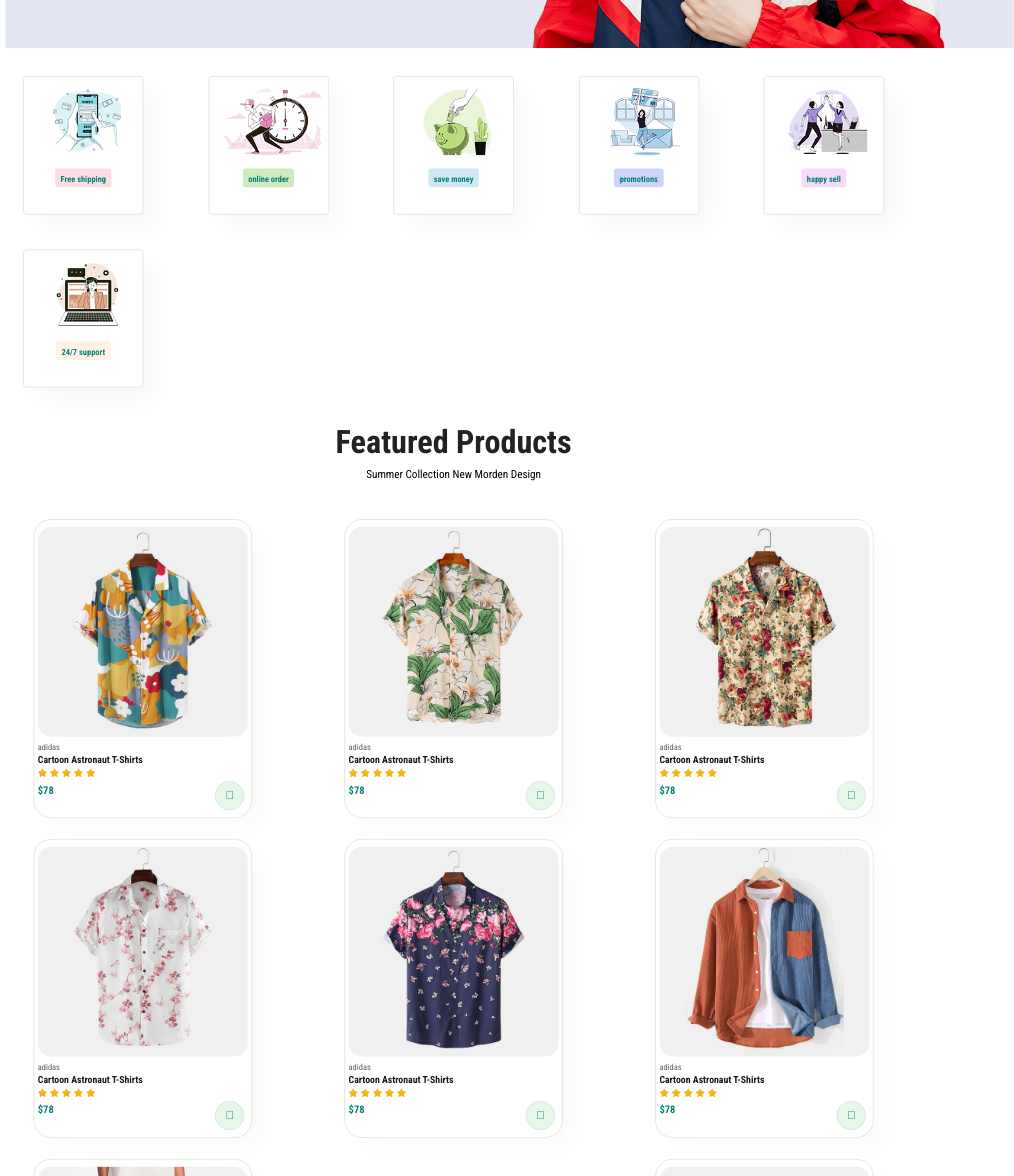
Repository: nhutduy-1905/web_coban
Page: src/index/index.html
The author's editor kept a copy of each file at every save. The page is drawn from the files as they stood at one save, then again after the next save.
The browser window is 1280 px wide. The page is 1448 px wide, so the pictures cover 1448 px, including what lies to the right of the window. The pictures show the part of the page from y = 672 to 2352 px (the page is 3771 px tall before and 3777 px after), at 70% of full size.

Above is the page before, as saved 2024-11-19 21:41:22.

### src/index/index.html
<!DOCTYPE html>
<html lang="en">
<!-- Khai báo định dạng tài liệu HTML và ngôn ngữ là tiếng Anh -->

<head>
    <meta charset="UTF-8">
    <!-- Thiết lập bộ ký tự của trang là UTF-8 -->
    <meta name="viewport" content="width=device-width, initial-scale=1.0">
    <!-- Điều chỉnh để trang hiển thị tốt trên mọi thiết bị, đặc biệt là thiết bị di động -->
    <link rel="stylesheet" href="../benefit/benefit.css">
    <link rel="stylesheet" href="../index/main.css">
    <link rel="stylesheet" href="../product/product.css">
    <link rel="stylesheet" href="../product/item.css">
    <link rel="preconnect" href="https://fonts.googleapis.com">
    <link rel="preconnect" href="https://fonts.gstatic.com" crossorigin>
     <!-- link sao -->
    <link rel="preconnect" href="https://fonts.googleapis.com">
<link rel="preconnect" href="https://fonts.gstatic.com" crossorigin>
<link href="https://fonts.googleapis.com/css2?family=Roboto+Condensed:ital,wght@0,100..900;1,100..900&family=Roboto:ital,wght@0,100;0,300;0,400;0,500;0,700;0,900;1,100;1,300;1,400;1,500;1,700;1,900&display=swap" rel="stylesheet">
     <link rel="stylesheet" href="product.css">
     <!-- link giỏ hàng -->
     <link rel="stylesheet" href="https://pro.fontawesome.com/releases/v5.15.4/css/all.css">
    <title>Super Value Deals</title>
    <!-- Tiêu đề của trang web hiển thị trên tab của trình duyệt -->
</head>

<body>

    <section id="header">
        <a href="#"><img src="../../images/logo.png" class="logo" alt="Logo"></a>
        <div>
            <div id="nvbar">
                <div class="active">Home</div>
                <div>Shop</div>
                <div>Blog</div>
                <div>About</div>
                <div>Contact</div>
                <div>
                    <img src = "../../shopping-bag.png" alt = "Logo" style="width: 25px";>
                </div>
            </div>
        </div>
    </section>
    <Section id ="hero">
        <h4>Trade-in-offer</h4>
        <h2>Super value deals</h2>
        <h1>On all Products</h1>
        <p>save more with coupons & up to 70% off!</p>
        <button>Shop now</button>
    </Section>


    <section id ="featured">
        <div class = "fe-box">
            <img  class = "magic-1"src = "../../images/features/f1.png" alt ="">
            <h6>Free shipping</h6>
        </div>
        <div class = "fe-box">
            <img src = "../../images/features/f2.png" alt ="">
            <h6>online order</h6>
        </div>
        <div class = "fe-box">
            <img src = "../../images/features/f3.png" alt ="">
            <h6>save money</h6>
        </div>
        <div class = "fe-box">
            <img src = "../../images/features/f4.png" alt ="">
            <h6>promotions</h6>
        </div>
        <div class = "fe-box">
            <img src = "../../images/features/f5.png" alt ="">
            <h6>happy sell</h6>
        </div>
        <div class = "fe-box">
            <img  class = "magic-2" src = "../../images/features/f6.png" alt ="">
            <h6>24/7 support</h6>
        </div>
    </section>

    <section id ="product1" class = "section-p1">
        <h2>Featured Products</h2>
        <p>Summer Collection New Morden Design</p>
        <div class ="pro-container">
            <div class ="pro">
                <img src ="../../images/products/f1.jpg" alt ="">
                <div class ="des">
                    <span>adidas</span>
                    <h5> Cartoon Astronaut T-Shirts</h5>
                    <div class ="star">
                        <i class="fas fa-star"></i>
                        <i class="fas fa-star"></i>
                        <i class="fas fa-star"></i>
                        <i class="fas fa-star"></i>
                        <i class="fas fa-star"></i>
                    </div>
                    <h4>$78</h4>
                </div>
                   <a href ="#"><i class="fal fa-shopping-cart cart"></i></a>
            </div>
            <div class ="pro">
                <img src ="../../images/products/f2.jpg" alt ="">
                <div class ="des">
                    <span>adidas</span>
                    <h5> Cartoon Astronaut T-Shirts</h5>
                    <div class ="star">
                        <i class="fas fa-star"></i>
                        <i class="fas fa-star"></i>
                        <i class="fas fa-star"></i>
                        <i class="fas fa-star"></i>
                        <i class="fas fa-star"></i>
                    </div>
                    <h4>$78</h4>
                </div>
                   <a href ="#"><i class="fal fa-shopping-cart cart"></i></a>
            </div>
            <div class ="pro">
                <img src ="../../images/products/f3.jpg" alt ="">
                <div class ="des">
                    <span>adidas</span>
                    <h5> Cartoon Astronaut T-Shirts</h5>
                    <div class ="star">
                        <i class="fas fa-star"></i>
                        <i class="fas fa-star"></i>
                        <i class="fas fa-star"></i>
                        <i class="fas fa-star"></i>
                        <i class="fas fa-star"></i>
                    </div>
                    <h4>$78</h4>
                </div>
                   <a href ="#"><i class="fal fa-shopping-cart cart"></i></a>
            </div>
            <div class ="pro">
                <img src ="../../images/products/f4.jpg" alt ="">
                <div class ="des">
                    <span>adidas</span>
                    <h5> Cartoon Astronaut T-Shirts</h5>
                    <div class ="star">
                        <i class="fas fa-star"></i>
                        <i class="fas fa-star"></i>
                        <i class="fas fa-star"></i>
                        <i class="fas fa-star"></i>
                        <i class="fas fa-star"></i>
                    </div>
                    <h4>$78</h4>
                </div>
                   <a href ="#"><i class="fal fa-shopping-cart cart"></i></a>
            </div>
            <div class ="pro">
                <img src ="../../images/products/f5.jpg" alt ="">
                <div class ="des">
                    <span>adidas</span>
                    <h5> Cartoon Astronaut T-Shirts</h5>
                    <div class ="star">
                        <i class="fas fa-star"></i>
                        <i class="fas fa-star"></i>
                        <i class="fas fa-star"></i>
                        <i class="fas fa-star"></i>
                        <i class="fas fa-star"></i>
                    </div>
                    <h4>$78</h4>
                </div>
                   <a href ="#"><i class="fal fa-shopping-cart cart"></i></a>
            </div>
            <div class ="pro">
                <img src ="../../images/products/f6.jpg" alt ="">
                <div class ="des">
                    <span>adidas</span>
                    <h5> Cartoon Astronaut T-Shirts</h5>
                    <div class ="star">
                        <i class="fas fa-star"></i>
                        <i class="fas fa-star"></i>
                        <i class="fas fa-star"></i>
                        <i class="fas fa-star"></i>
                        <i class="fas fa-star"></i>
                    </div>
                    <h4>$78</h4>
                </div>
                   <a href ="#"><i class="fal fa-shopping-cart cart"></i></a>
            </div>
            <div class ="pro">
                <img src ="../../images/products/f7.jpg" alt ="">
                <div class ="des">
                    <span>adidas</span>
                    <h5> Cartoon Astronaut T-Shirts</h5>
                    <div class ="star">
                        <i class="fas fa-star"></i>
                        <i class="fas fa-star"></i>
                        <i class="fas fa-star"></i>
                        <i class="fas fa-star"></i>
                        <i class="fas fa-star"></i>
                    </div>
                    <h4>$78</h4>
                </div>
                   <a href ="#"><i class="fal fa-shopping-cart cart"></i></a>
            </div>
            <div class ="pro">
                <img src ="../../images/products/f8.jpg" alt ="">
                <div class ="des">
                    <span>adidas</span>
                    <h5> Cartoon Astronaut T-Shirts</h5>
                    <div class ="star">
                        <i class="fas fa-star"></i>
                        <i class="fas fa-star"></i>
                        <i class="fas fa-star"></i>
                        <i class="fas fa-star"></i>
                        <i class="fas fa-star"></i>
                    </div>
                    <h4>$78</h4>
                </div>
                   <a href ="#"><i class="fal fa-shopping-cart cart"></i></a>
            </div>
        </div>

    </section>

    <section id = "banner3">
        <div class = "banner-box">
            <h2>SEASONAL SALE </h2>
            <h3>Winter Collection -50% OFF</h3>
        </div>
        <div class = "banner-box banner-box2">
            <h2>NEW FOOTWEAR COLLECTION </h2>
            <h3>Spring/Summer 2024</h3>
        </div>
        <div class = "banner-box banner-box3">
            <h2>T-SHIRTS</h2>
            <h3>New Trendy Prints</h3>
        </div>
     </section>
     <section id = "newsletter">
        <div class = "newtest">
            <h4>Sign Up For Newsletters</h4>
            <p>Get E-mail upadtes about us latest shop and <span>special offers.</span></p>
        </div>
        <div class = "form">
            <input type= "text" placeholder ="Your email address">
            <button class = "normal">Sign Up</button>
        </div>
     </section>

     <footer class ="section-p1">
        <div class = "col">
            <img  class = "logo" src = "../../images/logo.png" alt ="">
            <h4>Contact</h4>
            <p><strong><i>Address:</strong>Wellington Road,Street 32,San Fancisco</i></p>
            <p><strong><i>Phone: </strong>Wellington Road,Street 32,San Fancisco</i></p>
            <p><strong><i>Hours: </strong>10:00-18:00.Mon-Sat</i></p>
            <div class ="follow us">
                <h4>Follow us</h4>
                <div class = "icon">
                    <i class="fab fa-facebook-f"></i>
                    <i class="fab fa-twitter"></i>
                    <i class="fab fa-instagram"></i>
                    <i class="fab fa-pinterest-p"></i>
                    <i class="fab fa-youtube"></i>
                </div>
            </div>
        </div>

        <div class = "col">
            <h4>About</h4>
            <a href = "#">About us</a>
            <a href = "#">Delivery Information</a>
            <a href = "#">Privacy Policy</a>
            <a href = "#">Terms & Conditions</a>
            <a href = "#">Contact Us</a>
        </div>

        <div class = "col">
            <h4>My Account</h4>
            <a href = "#">Sign In</a>
            <a href = "#">View Cart</a>
            <a href = "#">My Wishlist</a>
            <a href = "#">Track My Order</a>
            <a href = "#">Help</a>
        </div>

        <div class = "col install">
            <h4 class = "col1">Install App</h4>
            <p class = "col2">From App store or Google Play</p>
            <div class ="row">
                <img src = "../../images/pay/app.jpg" alt ="">
                <img src = "../../images/pay/play.jpg" alt = "">
            </div>
            <p>Secured Payment Gateways</p>
            <img src = "../../images/pay/pay.png" alt ="">
        </div>
     </footer>

</body>
</html>

### src/benefit/benefit.css
#featured {
    display: flex;
     /* Tạo container flexbox để sắp xếp các phần tử con */
    align-items: center;
    /* Căn giữa các phần tử con theo chiều dọc (trục y) */
    justify-content: space-between;
    /* Phân phối các phần tử con cách đều nhau theo chiều ngang (trục x) */
    flex-wrap: wrap;
    /* Cho phép các phần tử con xuống dòng khi không đủ không gian */
 }

 #featured .fe-box {
    width: 140px;
    /* Đặt chiều rộng cho mỗi hộp là 120px */
    text-align: center;
    /* Căn giữa nội dung văn bản trong mỗi hộp */
     padding:   10px 15px;
     /* Khoảng đệm bên trong mỗi hộp (15px trên dưới, 10px trái phải) */
    box-shadow: 20px 20px 34px rgba(0, 0, 0, 0.03);
     /* Tạo bóng cho hộp với độ mờ nhẹ */
    border: 1px solid #cce7d0;
    /* Tạo viền màu xanh nhạt cho mỗi hộp */
    border-radius: 5px;
    /* Bo tròn góc của hộp với bán kính 4px */
     margin: 10px;
    /* Tạo khoảng cách ngoài cho mỗi hộp là 15px */
    margin-left:25px;
    margin-top: 40px;
    margin-right: 25px;

 }

 #featured .fe-box:hover {
    box-shadow: 10px 10px 54px rgba(70, 62, 221, 0.1);
    /* Tăng bóng khi di chuột qua hộp */
 }

 #featured .fe-box img {
    width: 100%;
    /* Đặt chiều rộng ảnh bằng 100% của hộp chứa */
    margin-bottom: 10px;
    /* Khoảng cách dưới của ảnh là 10px */
    padding: 5px 5px;
 }

 #featured .fe-box h6 {
   display: inline-block;
     /* Hiển thị tiêu đề h6 dưới dạng khối nội tuyến */
   padding: 9px 8px 6px 8px;
    /* Khoảng đệm bên trong tiêu đề h6 (trên 9px, phải 8px, dưới 6px, trái 8px) */
   line-height: 1;
    /* Chiều cao dòng là 1 */
   border-radius: 4px;
   /* Bo tròn góc của tiêu đề với bán kính 4px */
   color: #088178;
     /* Màu chữ xanh lá cây */
   background-color: #fddde4;
    /* Nền màu hồng nhạt cho tiêu đề */
    margin-top: 0px;

 }

 #featured .fe-box:nth-child(2) h6 {
   background-color: #cdebbc;
   /* Nền màu xanh nhạt cho hộp thứ hai */
 }

 #featured .fe-box:nth-child(3) h6 {
   background-color: #d1e8f2;
    /* Nền màu xanh nhạt cho hộp thứ ba */
 }

 #featured .fe-box:nth-child(4) h6 {
   background-color: #cdd4f8;
   /* Nền màu xanh dương nhạt cho hộp thứ tư */
 }

 #featured .fe-box:nth-child(5) h6 {
   background-color: #f6dbf6;
    /* Nền màu tím nhạt cho hộp thứ năm */
 }

 #featured .fe-box:nth-child(6) h6 {
   background-color: #fff2e5;
   /* Nền màu cam nhạt cho hộp thứ sáu */

 }

### src/index/main.css
h1 {
    font-size: 50px;
    line-height: 64px;
    color: #222;
    margin-bottom: 0;
    margin-top: 0;
}

h2 {
    font-size: 46px;
    line-height: 54px;
    color: #222;
    margin-top: 0;
    margin-bottom: 0;
}

h4 {
    font-size: 30px;
    margin-top: 10px;
    margin-bottom: 10px;
}

h6 {
    font-weight: 700;
    font-size: 12px;
}

p {
    font-size: 16px;

    margin: 15px 0  20px ;
    margin-top: 0px;
}

.section-p1 {
    padding: 40px 40px;
}

.section-m1 {
    margin: 40px 0;
}

body {
    width: 100%;
   font-family: "Roboto Condensed", sans-serif;
}

#header {
    display: flex;
    align-items: center;
    justify-content: space-between;
    padding: 20px 80px;
    background: #E3E6F3;
    box-shadow: 0 5px 15px rgba(0, 0, 0, 0.06);
    z-index: 999;
    position: sticky;
    top: 0;
    left: 0;
}

#nvbar {
    display: flex;
    align-items: center;
    justify-content: center;
}

#nvbar div {
    list-style: none;
    padding: 0 20px;
    text-decoration: none;
    font-size: 16px;
    font-weight: 600;
    color: #1a1a1a;
}

#nvbar div:hover {
    color: #088178;
}

#nvbar .active {
    color: #088178;
}

#nvbar .div .active::after {
    content: "";
    width: 30px;
    height: 2px;
    background-color: #088178;
    position: absolute;
    bottom: -4px;
    left: 20px;
}

#hero {
    background-image: url("../../images/hero4.png");
    height: 90vh;
    width: 100%;
    background-size: cover;
    background-position: top 25% right 0;
    padding: 0 80px;
    display: flex;
    flex-direction: column;
    align-items: flex-start;
    justify-content: center;

}


#hero h1 {
    color: #088178;
    margin-top:-7px;
    font-size: 47px;
}

#hero button {
    background-image: url("../../images/button.png");
    background-color: transparent;
    color: #088178;
    border: 0;
    padding: 14px 80px 14px 65px;
}
#hero h4
{
    color: #1a1a1a;

}

### src/product/product.css
#product1
{
   text-align: center; /* Căn giữa tất cả nội dung văn bản bên trong phần tử #product1 */
}

#product1 .pro-container
{
   display: flex; /* Sử dụng flexbox để bố trí các phần tử con */
   justify-content: space-between; /* Căn đều các phần tử con với khoảng cách đều nhau */
   padding-top: 20px; /* Tạo khoảng cách trên cùng cho phần tử */
   flex-wrap: wrap; /* Cho phép các phần tử con xuống hàng khi không đủ chỗ */
}

#product1 .pro
{
    width: 5%; /* Đặt chiều rộng của mỗi sản phẩm là 5% của khối chứa */
    min-width: 300px; /* Đảm bảo mỗi sản phẩm có chiều rộng tối thiểu là 250px */
    padding: 10px 5px; /* Tạo khoảng cách giữa nội dung bên trong phần tử và viền */
    border: 1px solid #cce7d0; /* Tạo viền mỏng màu #cce7d0 */
    border-radius: 25px; /* Làm tròn góc các viền với bán kính 25px */
    cursor: pointer; /* Thay đổi con trỏ thành hình tay khi di chuột lên */
    box-shadow: 20px 20px 30px rgba(0, 0, 0, 0.02); /* Tạo hiệu ứng đổ bóng nhạt cho phần tử */
    margin: 15px 0; /* Tạo khoảng cách trên và dưới của phần tử */
    transition: 0.2 ease; /* Tạo hiệu ứng chuyển động mượt khi có sự thay đổi */
    position: relative; /* Đặt phần tử ở vị trí tương đối để các phần tử con có thể định vị dựa vào nó */
}

#product1 .pro:hover
{
   box-shadow: 20px 20px 30px rgba(0, 0, 0, 0.06); /* Tăng cường đổ bóng khi người dùng hover chuột lên sản phẩm */
}

#product1 .pro img
{
    width: 100%; /* Hình ảnh chiếm toàn bộ chiều rộng của phần tử chứa */
    border-radius: 20px; /* Làm tròn góc các hình ảnh */
    margin-bottom: -10px;
}

#product1 .pro .des
{
   text-align: start; /* Căn trái văn bản trong mô tả */
   padding: 10px 0; /* Tạo khoảng cách trên và dưới cho phần mô tả */
}

#product1 .pro .des span
{
   color: #606063; /* Đặt màu chữ cho thẻ <span> */
   font-size: 12px; /* Đặt kích thước chữ là 12px */
}

#product1 .pro .des h5
{
   padding-top: 7px; /* Tạo khoảng cách trên cho tiêu đề h5 */
   color: #1a1a1a; /* Đặt màu chữ tối cho tiêu đề h5 */
   font-size: 14px; /* Đặt kích thước chữ là 14px */
   margin-top: -5px;
   margin-bottom: 0px;
   margin-left: 0px;
}

#product1 .pro .des i
{
    font-size: 12px; /* Đặt kích thước chữ cho các biểu tượng sao */
    color: rgb(243, 181, 25); /* Màu vàng cho các biểu tượng sao */
}

#product1 .pro .des h4
{
   padding-top: 7px; /* Tạo khoảng cách trên cho thẻ h4 */
   font-size: 15px; /* Đặt kích thước chữ là 15px */
   font-weight: 700; /* Đặt độ đậm của chữ là 700 (bold) */
   color:#088178; /* Đặt màu xanh lá cho giá sản phẩm */
   margin-top: 0px;
}

#product1 .pro .cart
{
  width: 40px; /* Đặt chiều rộng của biểu tượng giỏ hàng */
  height: 40px; /* Đặt chiều cao của biểu tượng giỏ hàng */
  line-height: 40px; /* Canh giữa biểu tượng giỏ hàng theo chiều dọc */
  border-radius: 50px; /* Làm tròn biểu tượng giỏ hàng thành hình tròn */
  background-color: #e8f6ea; /* Đặt màu nền xanh nhạt cho giỏ hàng */
  font-weight: 500; /* Đặt độ đậm của chữ trong giỏ hàng là 500 */
  color:#088178; /* Màu chữ xanh lá cho biểu tượng giỏ hàng */
  border: 1px solid #cce7d0; /* Tạo viền mỏng màu xanh nhạt cho giỏ hàng */
  position: absolute; /* Đặt biểu tượng giỏ hàng ở vị trí tuyệt đối trong phần tử cha */
  bottom:20px; /* Đặt biểu tượng cách đáy 20px */
  right: 10px; /* Đặt biểu tượng cách phải 10px */
  margin-bottom:-10px;
}
h2
{
   margin-bottom: 10px;
}

Loaded but not shown: src/product/item.css (198 lines, source omitted)

After the next save:
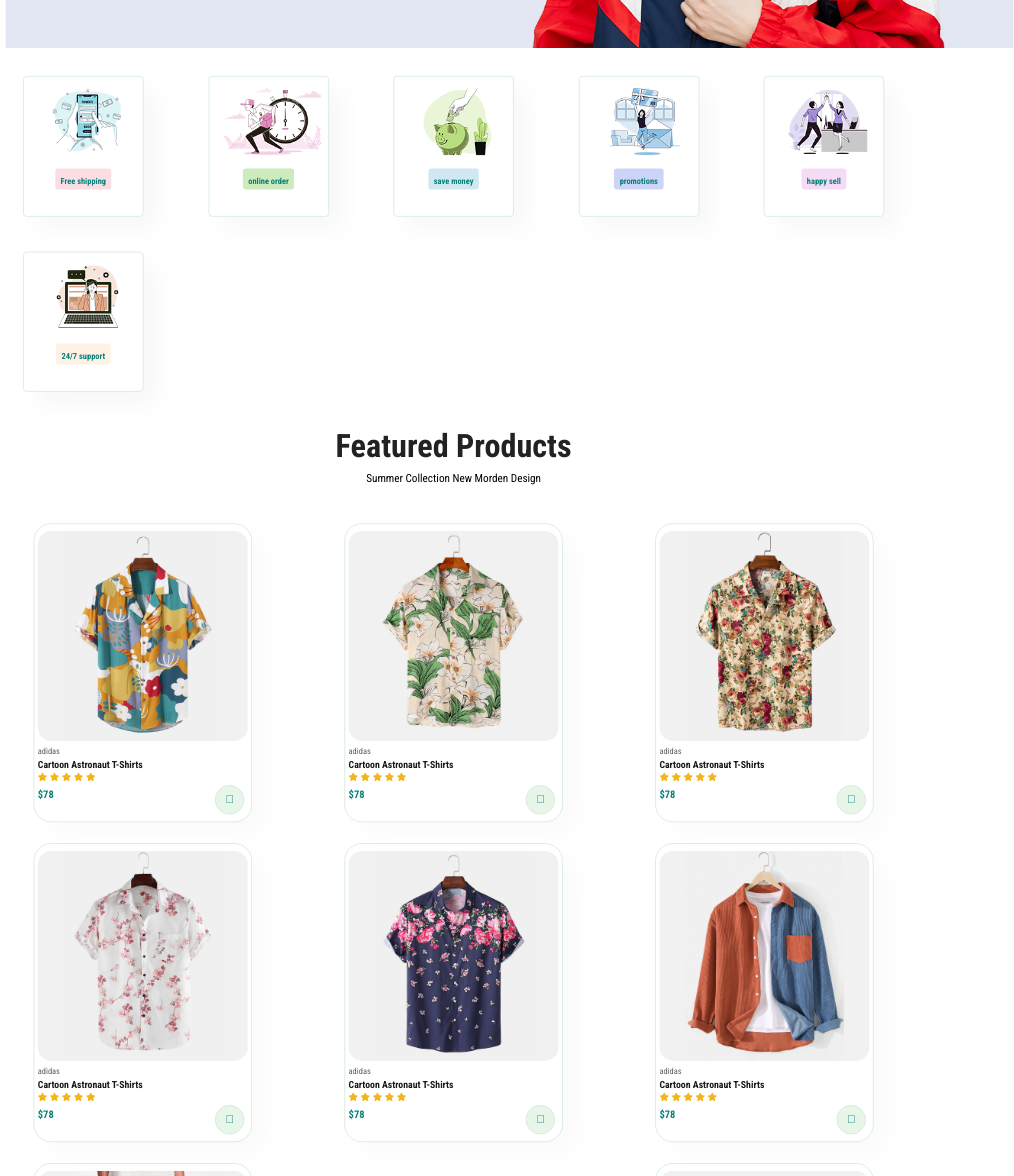
Saved 9 min 17 s later.
--- a/src/benefit/benefit.css
+++ b/src/benefit/benefit.css
@@ -46,7 +46,7 @@
  #featured .fe-box h6 {
    display: inline-block;
      /* Hiển thị tiêu đề h6 dưới dạng khối nội tuyến */
-   padding: 9px 8px 6px 8px;
+   padding: 12px 8px 6px 8px;
     /* Khoảng đệm bên trong tiêu đề h6 (trên 9px, phải 8px, dưới 6px, trái 8px) */
    line-height: 1;
     /* Chiều cao dòng là 1 */
